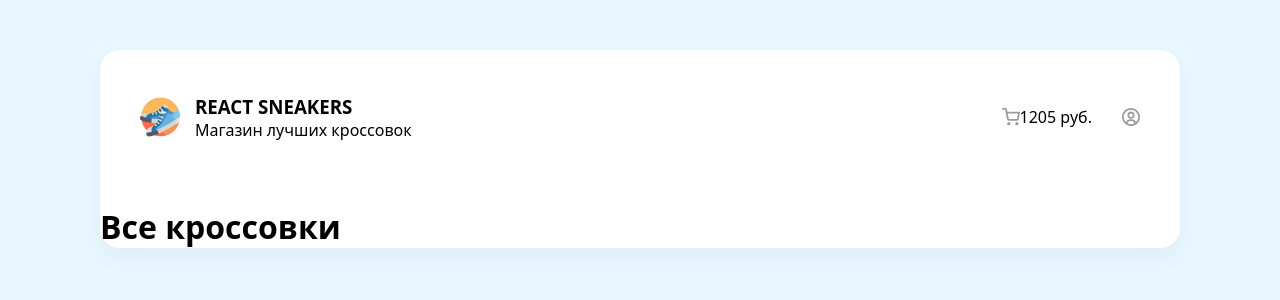
Repository: VaheHarutyunyan/react-sneakers
Page: /
An editor plug-in stored every save of this project. The page is shown before and after the next save, followed by the edit.
The browser window is 1280 px wide. The pictures show the whole page.
The project was rebuilt for these pictures with package versions that can differ from the ones it lists, and the page was loaded fresh each time.

Above is the page before, as saved 2021-07-22 12:59:27.

### src/index.scss
body {
  margin: 0;
  font-family: system-ui;
  -webkit-font-smoothing: antialiased;
  -moz-osx-font-smoothing: grayscale;
  background: #E7F6FF;
}
*{
  list-style: none;
  text-decoration: none;
}
.wrapper{
  background: #FFFFFF;
  box-shadow: 0px 10px 20px rgba(0, 0, 0, 0.04);
  border-radius: 20px;
  max-width: 1080px;
  margin: 50px auto;
}
header{
  display: flex;
  justify-content: space-between;
  align-items: center;
  padding: 40px;


  .headerLeft{
    display: flex;
    align-items: center;

    img{
      margin-right: 15px;
    }
    h3,p{
      margin: 0;
    }
    .headerInfo{
      h3{
        text-transform: uppercase;
      }
    }
  }
  .headerRight{
    display: flex;
    li{
      display: flex;
      align-items: center;
    }
    .chart{
      margin-right: 30px;
    }
  }
}

### src/App.js

function App() {
  return (
    <div className="wrapper">
      <header>
        <div className="headerLeft">
          <img width="40" height="40" src="/img/logo.png" alt="logo" />
          <div className="headerInfo">
            <h3>REACT SNEAKERS</h3>
            <p>Магазин лучших кроссовок</p>
          </div>
        </div>
        <ul className="headerRight">
          <li className="chart">
            <img src="/img/cart.svg" width={18} height={18} alt="" />
            <span>1205 руб.</span>
          </li>
          <li>
            <img src="/img/user.svg" width={18} height={18} alt="" />
          </li>
        </ul>
      </header>
      <div className="content">
        <h1>Все кроссовки</h1>
      </div>
    </div>
  );
}

export default App;

Loaded but not shown: public/index.html (common file); src/index.js (common file)

After the next save:
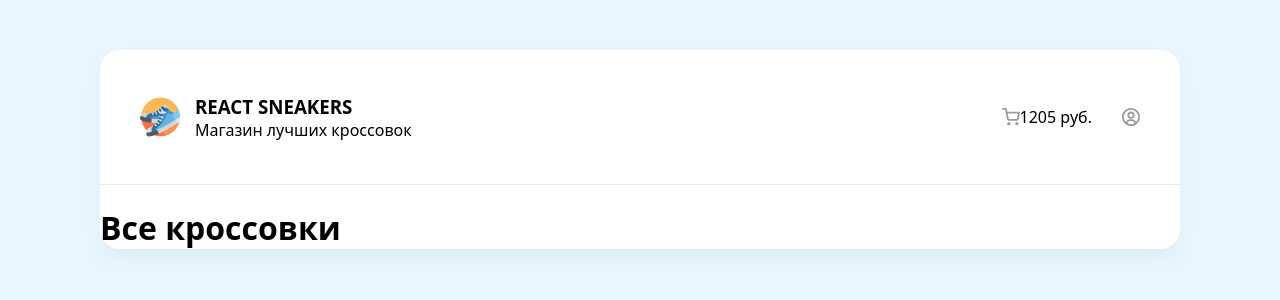
Saved 18 s later.
--- a/src/index.scss
+++ b/src/index.scss
@@ -21,7 +21,7 @@
   justify-content: space-between;
   align-items: center;
   padding: 40px;
-
+  border-bottom: 1px solid #EAEAEA;
 
   .headerLeft{
     display: flex;
